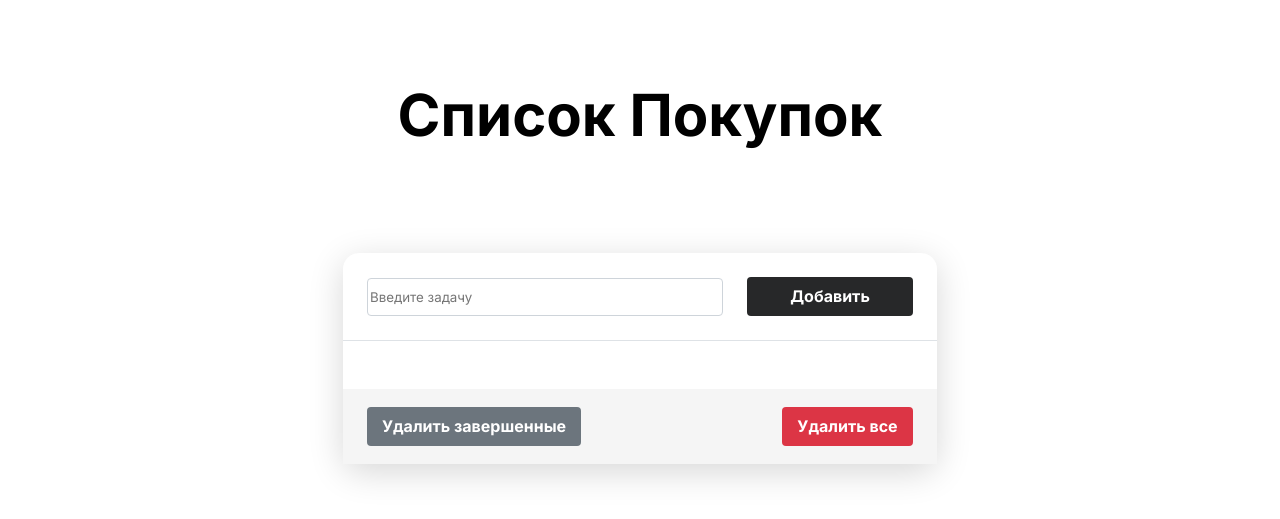
Repository: Tchistyakov/todolist
Page: /
The author's editor kept a copy of each file at every save. The page is drawn from the files as they stood at one save, then again after a run of saves.
The browser window is 1280 px wide. The pictures show the whole page.
The project was rebuilt for these pictures with package versions that can differ from the ones it lists, and the page was loaded fresh each time.

Above is the page before, as saved 2021-12-22 00:56:21.

### src/App.js
import Body from './Body/Body';
import './App.css';

function App() {
  return (
    <>
      <Body />
    </>
  );
}

export default App;

### src/Body/Body.js
import Main from '../Main/Main'
import body from './body.module.css'

function Body() {
    return (
        <>
            <h1>Список Покупок</h1>
            <div className={body.window}>
                <Main />
            </div>
        </>
    );
}

export default Body;

### src/App.css
@import url("https://fonts.googleapis.com/css2?family=Inter:wght@300;400;700&family=Mulish&display=swap");

body html * {
  margin: 0;
  padding: 0;
  text-decoration: none;
  background: #f5f5f5;
}

label {
  font-weight: normal;
  font-size: 16px;
  line-height: 21px;
  color: #54595e;
}

* {
  font-family: "Inter";
  border: none;
}

h1 {
  text-align: center;
  position: relative;
  top: 80px;
  margin: 0;
  font-weight: bold;
  font-size: 58px;
  line-height: 70px;
  color: #000000;
}

span {
  color: red;
}

.task {
  max-width: 500px;
}

.div-flex {
  display: flex;
  justify-content: space-between;
}

.header {
  padding: 24px;
  border-bottom: 1px solid #dee2e6;
}

.main {
  overflow-wrap: break-word;
  padding: 24px;
}

.footer {
  padding: 18px 24px;
  background-color: #f5f5f5;
}

.inpt {
  background: #ffffff;
  border: 1px solid #ced4da;
  width: 356px;
  height: 38px;
  box-sizing: border-box;
  border-radius: 4px;
  margin-right: 24px;
}

.btn {
  height: 39px;
  border-radius: 4px;
  font-weight: 600;
  font-size: 16px;
  line-height: 19px;
  text-align: center;
  color: #ffffff;
}

.add {
  width: 166px;
  background: #272829;
}

.del-check {
  width: 214px;
  height: 39px;
  background: #6c757d;
  border-radius: 4px;
  font-weight: 600;
  font-size: 16px;
  line-height: 19px;
  text-align: center;
  color: #ffffff;
}

.del-all {
  width: 131px;
  height: 39px;
  background: #dc3545;
  border-radius: 4px;
  font-weight: 600;
  font-size: 16px;
  line-height: 19px;
  text-align: center;
  color: #ffffff;
}

.li {
  display: flex;
  justify-content: space-between;
  margin: 24px 0;
}

input:checked + label {
  text-decoration: line-through;
}

.list {
  margin: 0;
  padding: 0;
}

.x:hover {
  cursor: pointer;
}

.inputvisiblenone {
  display: none;
}

.inputvisible {
  display: block;
}

### src/Main/Main.js
import React, { useState } from "react";
import Header from "../Header/Header";

let counter = 0;

function Main() {
  let [todoText, setTodoText] = useState("");
  let [items, setItems] = useState([]);

  function handleSubmit(event) {
    event.preventDefault();
    const todo = {
      checked: false,
      text: todoText,
      id: counter++,
      editState: false,
    };

    setTodoText("");
    setItems([...items, todo]);
  }

  function handleItemCheck(id) {
    const changed = items.map((item) => ({
      ...item,
      checked: item.id === id ? !item.checked : item.checked,
    }));
    setItems(changed);
  }

  function handleItemRemove(id) {
    const filtered = items.filter((item) => item.id !== id);
    setItems(filtered);
  }

  function removeDone() {
    const filtered = items.filter((item) => !item.checked);
    setItems(filtered);
  }

  function removeAll() {
    setItems([]);
  }

  function handleItemRename(id) {
    const changed = items.map((item) => ({
      ...item,
      editState: item.id === id ? !item.editState : item.editState,
    }));
    setItems(changed);
  }

  function handleTextRename(text, id) {
    const changed = items.map((item) => ({
      ...item,
      text: item.id === id ? text : item.text,
    }));
    setItems(changed);
  }

  return (
    <>
      <Header
        setTodoText={setTodoText}
        handleSubmit={handleSubmit}
        todoText={todoText}
      />
      <main className="main">
        <ul type="none" id="todo" className="list">
          {items.map((item) => {
            return (
              <div className="div-flex todo" key={item.id}>
                <input
                  type="checkbox"
                  onClick={() => handleItemCheck(item.id)}
                />
                <label
                  className={
                    item.editState ? "inputvisiblenone" : "inputvisible"
                  }
                >
                  {item.text}
                </label>
                <input
                  type="text"
                  className={
                    item.editState
                      ? "inputvisible inpt"
                      : "inputvisiblenone inpt"
                  }
                  placeholder={item.text}
                  defaultValue={item.text}
                  onChange={(e) => handleTextRename(e.target.value, item.id)}
                />
                <span className="x" onClick={() => handleItemRename(item.id)}>
                  ✏️
                </span>
                <span className="x" onClick={() => handleItemRemove(item.id)}>
                  🗑
                </span>
              </div>
            );
          })}
        </ul>
      </main>
      <footer className="div-flex footer">
        <div>
          <button className="del-check" onClick={removeDone}>
            Удалить завершенные
          </button>
        </div>
        <div>
          <button className="del-all" onClick={removeAll}>
            Удалить все
          </button>
        </div>
      </footer>
    </>
  );
}

export default Main;

### src/Body/body.module.css
.window {
    position: relative;
    top: 183px;
    margin: 0 auto;
    width: 594px;
    min-height: 100px;
    background: #ffffff;
    box-shadow: 0px 8px 35px rgba(0, 0, 0, 0.16);
    border-radius: 16px;
  }

### src/Header/Header.js
// import Button from '../Component/Button'

function Header( {handleSubmit, setTodoText, todoText} ) {
    return (
            <header className="div-flex header">
                <form onSubmit={handleSubmit}>
                    <input type="text" className="inpt"
                        placeholder="Введите задачу" value={todoText}
                        onChange={(e) => setTodoText(e.target.value)}
                    />
                    {/* <Button type="add">Добавить</Button> */}
                    <button className="btn add">Добавить</button>
                </form>
            </header>
            )
}

export default Header

### src/Component/Button.js
import style from './Button.css';

function Button({type, children}) {
    return (
        <button className={`${style.btn} ${type}`}>
            {children}
        </button>
    )
}

export default Button

### src/Component/Button.css
.btn {
  height: 39px;
  border-radius: 4px;
  font-weight: 600;
  font-size: 16px;
  line-height: 19px;
  text-align: center;
  color: #ffffff;
}

.add {
    width: 166px;
    background: #272829;
  }

Loaded but not shown: public/index.html (common file); src/index.js (common file); src/index.css (common file); src/reportWebVitals.js (common file)

After the next 2 saves:
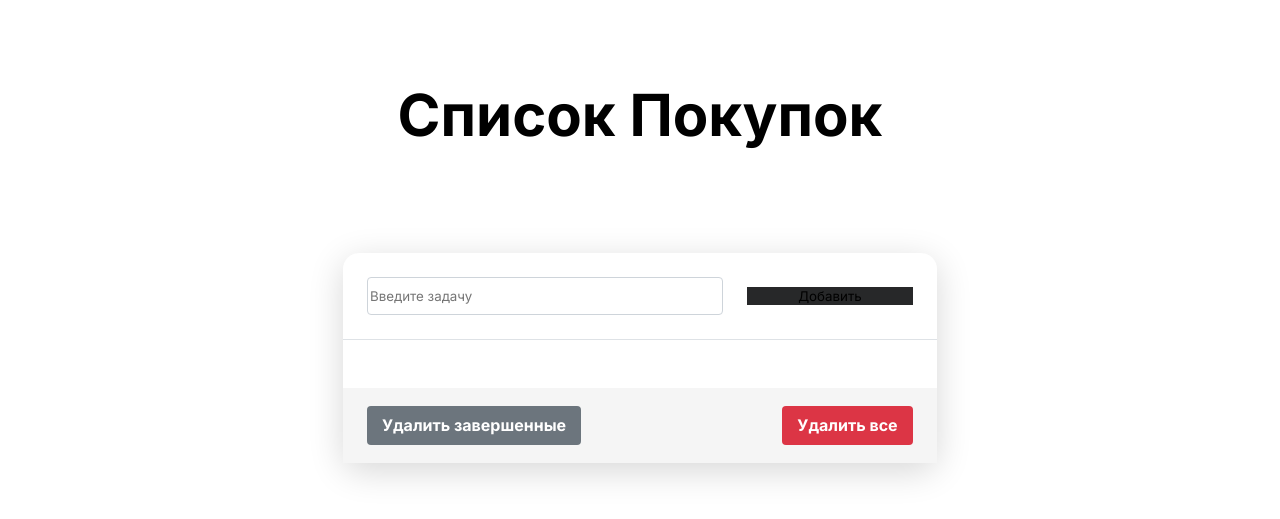
The 2 saves are shown as one change because 1 did not build or start.
The last was saved 52 s later.
--- a/src/Header/Header.js
+++ b/src/Header/Header.js
@@ -1,4 +1,4 @@
-// import Button from '../Component/Button'
+import Button from '../Component/Button'
 
 function Header( {handleSubmit, setTodoText, todoText} ) {
     return (
@@ -8,8 +8,8 @@ function Header( {handleSubmit, setTodoText, todoText} ) {
                         placeholder="Введите задачу" value={todoText}
                         onChange={(e) => setTodoText(e.target.value)}
                     />
-                    {/* <Button type="add">Добавить</Button> */}
-                    <button className="btn add">Добавить</button>
+                    <Button type="add">Добавить</Button>
+                    {/* <button className="btn add">Добавить</button> */}
                 </form>
             </header>
             )
